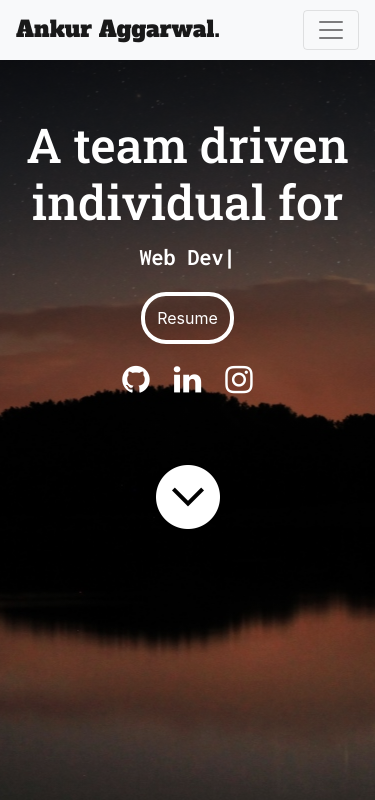
Repository: AnkurDevv/PersonalWebsite
Page: index.html
These files come from the project's save history. The page is drawn as it stood at one moment and after the next save; the edit follows.
The browser window is 375 px wide. The pictures show the whole page.
Some web fonts or font styles are not loaded; a fallback is used.

Above is the page before, as saved 2020-09-13 16:49:45.

### index.html
<!DOCTYPE html>
<html>

<head>
  <meta charset="utf-8">
  <meta http-equiv="X-UA-Compatible" content="IE=edge">
  <title>Ankur Aggarwal</title>
  <meta name="description" content="">
  <meta name="viewport" content="width=device-width, initial-scale=1">
  <!-- FONT AWESOME FOR SOCIAL MEDIA ICONS -->
  <link rel="stylesheet" href="https://cdnjs.cloudflare.com/ajax/libs/font-awesome/4.7.0/css/font-awesome.min.css">
  <!-- Importing Bootstrap here -->
  <link rel="stylesheet" href="https://stackpath.bootstrapcdn.com/bootstrap/4.4.1/css/bootstrap.min.css"
    integrity="sha384-Vkoo8x4CGsO3+Hhxv8T/Q5PaXtkKtu6ug5TOeNV6gBiFeWPGFN9MuhOf23Q9Ifjh" crossorigin="anonymous">
  <!--CUSTOM CSS FOR THE PAGE  -->
  <link rel="stylesheet" href="./style/index.css">
  <!-- FOR COOL ANIMATION EFFECTS -->
  <link rel="stylesheet" href="./style/animate.css">
  <!-- FOR COOL TYPING EFFECTS -->
  <script src="https://cdn.jsdelivr.net/npm/typed.js@2.0.11"></script>
  <!-- FOR GOOGLE FONTS - START -->
  <!-- for main heading -->
  <link
    href="https://fonts.googleapis.com/css2?family=Merienda:wght@700&family=Pacifico&family=Roboto&family=Roboto+Slab:wght@500&display=swap"
    rel="stylesheet">
  <!-- For Sub heading -->
  <link
    href="https://fonts.googleapis.com/css2?family=Inconsolata:wght@700&family=Merienda:wght@700&family=Pacifico&family=Roboto&family=Roboto+Slab:wght@500&display=swap"
    rel="stylesheet">
  <!-- For Navbar Logo -->
  <link href="https://fonts.googleapis.com/css2?family=Alfa+Slab+One&display=swap" rel="stylesheet">
  <!-- FOR GOOGLE FONTS - END -->
</head>

<body>
  <header>
    <nav class="navbar navbar-expand-lg navbar-light bg-light">
      <a class="navbar-brand" id="Brand-logo">Ankur Aggarwal.</a>
      <button class="navbar-toggler" type="button" data-toggle="collapse" data-target="#navbarNav"
        aria-controls="navbarNav" aria-expanded="false" aria-label="Toggle navigation">
        <span class="navbar-toggler-icon"></span>
      </button>
      <div class="collapse navbar-collapse" id="navbarNav">
        <ul class="navbar-nav">
          <li class="nav-item active">
            <a class="nav-link" href="#">Home</a>
          </li>
          <li class="nav-item active">
            <a class="nav-link" href="#">About</a>
          </li>
          <!-- <li class="nav-item active">
            <a class="nav-link" href="#">Why Me?</a>
          </li> -->
          <li class="nav-item active">
            <a class="nav-link" href="#">Skills</a>
          </li>
          <li class="nav-item active">
            <a class="nav-link" href="#">Projects</a>
          </li>
          <li class="nav-item active">
            <a class="nav-link" href="#">Contact</a>
          </li>
        </ul>
      </div>
    </nav>


    <!-- FIRST IMPRESSION SECTION - START -->
    <section class="first-impression-section">
      <div class="row first-impression-row">
        <h1 class="text-center animated fadeInDown" id="MainNameHeading">A team driven individual for
        </h1>
      </div>
      <div class="row">
        <h3 id="MainSubHeading">
          <span id="typed" style="white-space:pre;"></span>
          <!-- <span class="typed-cursor typed-cursor--blink">|</span> -->
        </h3>
      </div>

      <!-- RESUME BUTTON - START -->
      <div class="row" id="ResumeDiv">
        <a type="button" href="https://drive.google.com/file/d/129eEq26ATzqey1-hpHnRXs40bzbBVkSX/view?usp=sharing"
          target="blank" class="btn btn-primary" id="ResumeBtn">Resume</a>
      </div>
      <!-- RESUME BUTTON - END -->

      <!-- SOCIAL LINKS -->
      <div class="socialLinksDiv">
        <!-- github link -->
        <a href="https://github.com/AnkurDevv" target="blank" class="social-link"><i
            class="fa fa-github fa-2x text-white"></i></a>
        <!-- linkedin link -->
        <a href="https://www.linkedin.com/in/ankur-aggarwal2112/" target="blank" class="social-link"><i
            class="fa fa-linkedin fa-2x text-white"></i></a>
        <!-- instagram link -->
        <a href="https://www.instagram.com/ankur_2112/?hl=en" target="blank" class="social-link"><i
            class="fa fa-instagram fa-2x text-white"></i></a>
      </div>

      <!-- SCROLL DOWN INDICATOR -->
      <div class="scrollDownDiv">
        <a href="">
          <img src="images/downward Arrow.png" alt="" id="scroll-down-arrow" class="animate-flicker">
        </a>
      </div>
    </section>
    <!-- FIRST IMPRESSION SECTION - END -->


  </header>

  <script>
    // JS FOR COOL TYPING EFFECT USING TYPE.JS -  START
    var options = {
      strings: ['Web Development.', 'Software Engineering.', 'Product Development.'],
      typeSpeed: 100,
      loop: true,
      backDelay: 800,
      backSpeed: 80,
      startDelay: 1000,
    };
    var typed = new Typed('#typed', options);
// JS FOR COOL TYPING EFFECT USING TYPE.JS -  END
  </script>

  <!-- NECESSARY JS FOR BOOTSTRAP - START -->
  <script src="https://code.jquery.com/jquery-3.4.1.slim.min.js"
    integrity="sha384-J6qa4849blE2+poT4WnyKhv5vZF5SrPo0iEjwBvKU7imGFAV0wwj1yYfoRSJoZ+n"
    crossorigin="anonymous"></script>
  <script src="https://cdn.jsdelivr.net/npm/popper.js@1.16.0/dist/umd/popper.min.js"
    integrity="sha384-Q6E9RHvbIyZFJoft+2mJbHaEWldlvI9IOYy5n3zV9zzTtmI3UksdQRVvoxMfooAo"
    crossorigin="anonymous"></script>
  <script src="https://stackpath.bootstrapcdn.com/bootstrap/4.4.1/js/bootstrap.min.js"
    integrity="sha384-wfSDF2E50Y2D1uUdj0O3uMBJnjuUD4Ih7YwaYd1iqfktj0Uod8GCExl3Og8ifwB6"
    crossorigin="anonymous"></script>
  <!-- NECESSARY JS FOR BOOTSTRAP - END -->

  <!-- ADDING JQUERY - START -->
  <script src="https://ajax.googleapis.com/ajax/libs/jquery/3.5.1/jquery.min.js"></script>
  <!-- ADDING JQUERY - END -->

  <!-- CUSTOM JS FOR THE PAGE - START  -->
  <script src="index.js"></script>
  <!-- CUSTOM JS FOR THE PAGE - END  -->
</body>

</html>

### style/index.css
body{
  margin-left: 0;
  margin-right: 0;
}

/* NAVBAR CSS - START */

#Brand-logo{
  font-family: 'Alfa Slab One', cursive;
  font-size: 270%;
}

.navbar-nav{
  margin-left: auto;
}

.nav-link{
  font-size: 155%;
  font-weight: 700;
  padding: 2vw!important;
}

@media only screen and (max-width: 992px) {
  .nav-link{
    text-align: center;
  }
}

@media only screen and (max-width: 600px) {

  #Brand-logo{
    font-size: 140%;
  }

  .navbar-nav{
    height: 100vh;
  }

  .nav-link{
    margin: 5vh auto;
  }

}

/* NAVBAR CSS - END */

/* FIRST IMPRESSION SECTION CSS - START */
header{
  height: 100vh; /* Takes 100% of the screen size */
  background: linear-gradient(rgba(0, 0, 0, 0.9), rgba(0, 0, 0, 0)), url(../images/sunset_skyline_lake_reflection_114025_1920x1080.jpg)no-repeat center center fixed;
  background-position: center;
  overflow: hidden;
  backdrop-filter: blur(10px);
}

#MainNameHeading{
  margin: 0 auto;
  margin-top: 12vh;
  font-size: 395%;
  color: white;
  font-family: 'Roboto Slab', serif;
  padding-bottom: 3%;
}

#MainSubHeading{
  margin: 0 auto;
  color: white;
  text-align: -webkit-center;
  font-family: 'Inconsolata', monospace;
  font-size: xx-large;
}

#ResumeBtn{
  -webkit-appearance: button;
  -moz-appearance: button;
  appearance: button;
  margin: 5% auto;
  margin-bottom: 2%;
  padding: 10px 3%;
  background-color: transparent;
  border: 4px solid white;
  border-radius: 25px;
}

#ResumeBtn:hover{
  background-color: white;
  color: black;
  font-weight: 700;
  font-size: 130%;
}

.socialLinksDiv{
  display: flex;
  justify-content: center;
  margin-bottom: 2%;
}

.social-link{
  margin: 12px;
}

.scrollDownDiv{
  display: flex;
  justify-content: center;
}

#scroll-down-arrow{
  max-width: 8vh;
}
                /* ADD A FLCIKER ANIMATION TO SCROLL DOWN IMG */

@keyframes flickerAnimation {
  0%   { opacity:1; }
  50%  { opacity:0; }
  100% { opacity:1; }
}
@-o-keyframes flickerAnimation{
  0%   { opacity:1; }
  50%  { opacity:0; }
  100% { opacity:1; }
}
@-moz-keyframes flickerAnimation{
  0%   { opacity:1; }
  50%  { opacity:0; }
  100% { opacity:1; }
}
@-webkit-keyframes flickerAnimation{
  0%   { opacity:1; }
  50%  { opacity:0; }
  100% { opacity:1; }
}

.animate-flicker {
  -webkit-animation: flickerAnimation 1s infinite;
  -moz-animation: flickerAnimation 1s infinite;
  -o-animation: flickerAnimation 1s infinite;
   animation: flickerAnimation 1s infinite;
}

            /* ADD A FLCIKER ANIMATION TO SCROLL DOWN IMG */

@media only screen and (max-width: 600px) {
  #MainNameHeading{
    font-size: 300%;
    margin-top: 7vh;
  }
  #MainSubHeading{
    font-size: x-large;
  }
  .socialLinksDiv{
    margin-bottom: 15%;
  }
}
/* FIRST IMPRESSION SECTION CSS - ENDS */

### index.js
// CHANGING NAVBAR COLOR WHEN A USER HOVERS OVER A LINK
$(document).ready(function () {

  // makes nav transparent when user hovers on a link
  $(".nav-link").hover(function () {
    $('.navbar').addClass('bg-dark').removeClass('bg-light');
    $('#Brand-logo').css("color", "white");
    $('.nav-link').css("color", "white");
    $('.navbar-toggler').css("color", "white");
  });

  // makes nav non-transparent when user hovers on a link
  $(".navbar").mouseleave(function () {
    $('.navbar').addClass('bg-light').removeClass('bg-dark');
    $('#Brand-logo').css("color", "black");
    $('.nav-link').css("color", "black");
    $('.navbar-toggler').css("color", "black");
  });

});

Loaded but not shown: style/animate.css (library)

After the next save:
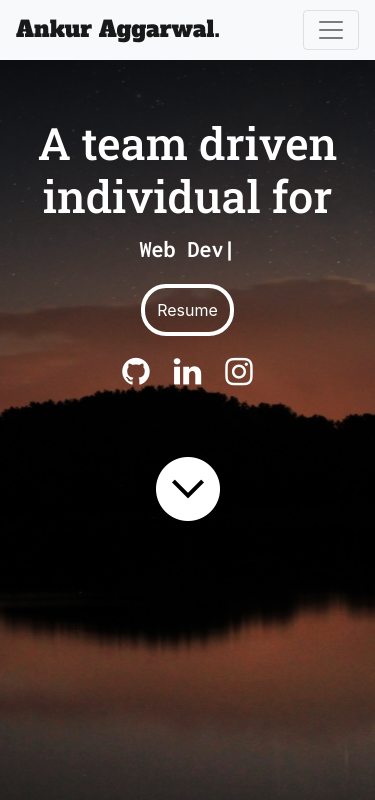
Saved 2 min 3 s later.
--- a/style/index.css
+++ b/style/index.css
@@ -141,7 +141,7 @@ header{
 
 @media only screen and (max-width: 600px) {
   #MainNameHeading{
-    font-size: 300%;
+    font-size: 279%;
     margin-top: 7vh;
   }
   #MainSubHeading{
